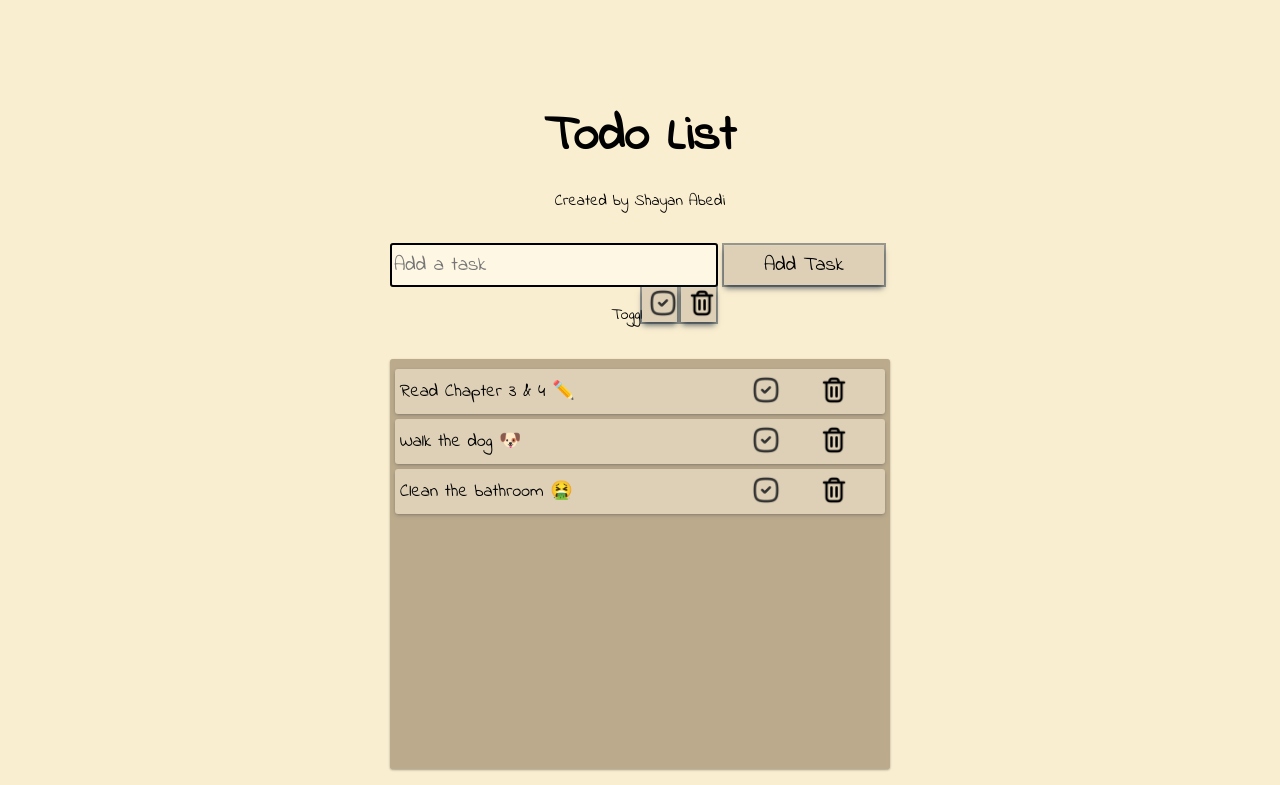
Repository: shayanabedi98/todo-list
Page: /
The author's editor kept a copy of each file at every save. The page is drawn from the files as they stood at one save, then again after the next save.
The browser window is 1280 px wide. The pictures show the whole page.
The project was rebuilt for these pictures with package versions that can differ from the ones it lists, and the page was loaded fresh each time. Also part of the build but not shown: vite.config.js.

Above is the page before, as saved 2023-12-30 17:16:01.

### index.html
<!doctype html>
<html lang="en">
  <head>
    <meta charset="UTF-8" />
    <link rel="icon" type="image/svg+xml" href="./src/assets/pencil-svgrepo-com.png" />
    <meta name="viewport" content="width=device-width, initial-scale=1.0" />
    <link rel="preconnect" href="https://fonts.googleapis.com">
    <link rel="preconnect" href="https://fonts.gstatic.com" crossorigin>
    <link href="https://fonts.googleapis.com/css2?family=Indie+Flower&display=swap" rel="stylesheet">
    <title>Todo List</title>
  </head>
  <body>
    <div id="root"></div>
    <script type="module" src="/src/main.jsx"></script>
  </body>
</html>

### src/App.jsx
import { useState } from "react";
import { v4 as uuid } from "uuid";
import TodoList from "./TodoList";
import CreateTask from "./CreateTask";
import AffectAll from "./AffectAll";

function App() {
  const [list, setList] = useState([
    { id: uuid(), text: "Read Chapter 3 & 4 ✏️", completed: false },
    { id: uuid(), text: "Walk the dog 🐶", completed: false },
    { id: uuid(), text: "Clean the bathroom 🤮", completed: false },
  ]);
  const [input, setInput] = useState("");

  const addTask = () => {
    if (input.trim() !== "") {
      setList([...list, { id: uuid(), text: input, completed: false }]);
      setInput("");
    }
  };

  const handleChange = (event) => {
    setInput(event.target.value);
  };

  const handleDelete = (taskID) => {
    const newList = list.filter((task) => {
      return task.id !== taskID;
    });
    setList(newList);
  };

  const handleComplete = (taskID) => {
    const newList = list.map((task) => {
      if (task.id === taskID) {
        return { ...task, completed: !task.completed };
      } else {
        return task;
      }
    });
    setList(newList);
  };

  const clearAll = () => {
    setList([]);
  };

  const completeAll = () => {
    const isItCompleted = list.some((task) => !task.completed);
    const newList = list.map((task) => ({ ...task, completed: isItCompleted }));
    setList(newList)
  };

  return (
    <>
      <h1>Todo List</h1>
      <p>Created by Shayan Abedi</p>
      <CreateTask handleChange={handleChange} input={input} addTask={addTask} />
      <AffectAll clearAll={clearAll} completeAll={completeAll} />
      <TodoList
        list={list}
        handleDelete={handleDelete}
        handleComplete={handleComplete}
      />
    </>
  );
}

export default App;

### src/index.css
body {
  background-color: #FAEED1;
  font-family: 'Indie Flower', cursive;
}

h1 {
  font-size: 50px;
  margin-top: 100px;
  margin-bottom: 0;
  text-align: center;
}

.create-task {
  display: grid;
  place-items: center;
  align-content: center;
  grid-template-columns: 1fr 1fr;
  margin: 30px auto 0 auto;
}

.create-task input {
  background-color: #FDF7E4;
  border: 2px solid black;
  border-radius: 3px;
  font-size: 20px;
  height: 38px;
  width: 320px;
  font-family: 'Indie Flower', cursive;
}

.create-task button {
  background-color: #DED0B6;
  border: none;
  font-family: 'Indie Flower', cursive;
  height: 40px;
  width: 160px;
  font-size: 20px;
  box-shadow: rgba(6, 24, 44, 0.4) 0px 0px 0px 2px, rgba(6, 24, 44, 0.65) 0px 4px 6px -1px, rgba(255, 255, 255, 0.08) 0px 1px 0px inset;
  cursor: pointer;
}

.affect-all {
  display: grid;
  grid-template-columns: 1fr 1fr;
}

.affect-all #one {
  width: 20px;
}

.affect-all button {
  background-color: #DED0B6;
  border: none;
  font-family: 'Indie Flower', cursive;
  height: 35px;
  width: 35px;
  margin: auto 2px;
  box-shadow: rgba(6, 24, 44, 0.4) 0px 0px 0px 2px, rgba(6, 24, 44, 0.65) 0px 4px 6px -1px, rgba(255, 255, 255, 0.08) 0px 1px 0px inset;
  cursor: pointer;
}

.list ul {
 padding: 5px;
 box-shadow: rgba(0, 0, 0, 0.12) 0px 1px 3px, rgba(0, 0, 0, 0.24) 0px 1px 2px;
  border-radius: 3px;
  background-color: #BBAB8C;
  min-height: 400px;
}

.list li {
  list-style: none;
  display: grid;
  grid-template-columns: 1fr 0.2fr 0.2fr;
  background-color: #DED0B6;
  margin-top: 5px;
  margin-bottom: 5px;
  padding: 5px;
  box-shadow: rgba(50, 50, 93, 0.25) 0px 2px 5px -1px, rgba(0, 0, 0, 0.3) 0px 1px 3px -1px;
  border-radius: 3px;
  font-size: 18px;
  align-items: center;
}

p, h1, .create-task, .list, .affect-all {
  width: 500px;
  margin-left: auto;
  margin-right: auto;
}

.list button {
  background-color: #DED0B6;
  height: 35px;
  width: 35px;
  margin: auto 2px;
  cursor: pointer;
  border: none;
  border-radius: 3px;
}

.list img, .affect-all img {
  height: 30px;
}

p {
  text-align: center;
}

### src/TodoList.jsx
import React from "react";
import trash from "./assets/trash.png";
import check from "./assets/check.png";

const TodoList = ({ handleComplete, handleDelete, list }) => {
  const completedStyle = (condition) => {
    return condition
      ? {
          color: "grey",
          textDecoration: "line-through",
        }
      : {};
  };

  return (
    <div className="list">
      <ul>
        {list.map((task) => {
          return (
            <li key={task.id}>
              <span style={completedStyle(task.completed)}>{task.text}</span>
              <button id="complete" onClick={() => handleComplete(task.id)}>
                <img src={check} alt="checkmark button"/>
              </button>
              <button id="delete" onClick={() => handleDelete(task.id)}>
                <img src={trash} alt="delete button"/>
              </button>
            </li>
          );
        })}
      </ul>
    </div>
  );
};

export default TodoList;

### src/CreateTask.jsx
import React from "react";

const CreateTask = ({input, addTask, handleChange}) => {
  return (
    <div className="create-task">
      <input
        onKeyDown={(e) => e.key === 'Enter' && addTask()}
        placeholder="Add a task"
        type="text"
        onChange={handleChange}
        value={input}
      />
      <button onClick={addTask}>Add Task</button>
    </div>
  );
};

export default CreateTask;

### src/AffectAll.jsx
import React from "react";
import trash from "./assets/trash.png";
import check from "./assets/check.png";

const AffectAll = ({ clearAll, completeAll }) => {
  return (
    <div className="affect-all">
      <div id="one">
        <p>Toggle all</p>
      </div>
      <div id="two">
        <button onClick={completeAll}>
          <img src={check} alt="" />
        </button>
        <button onClick={clearAll}>
          <img src={trash} alt="" />
        </button>
      </div>
    </div>
  );
};

export default AffectAll;

Loaded but not shown: src/main.jsx (common file)

After the next save:
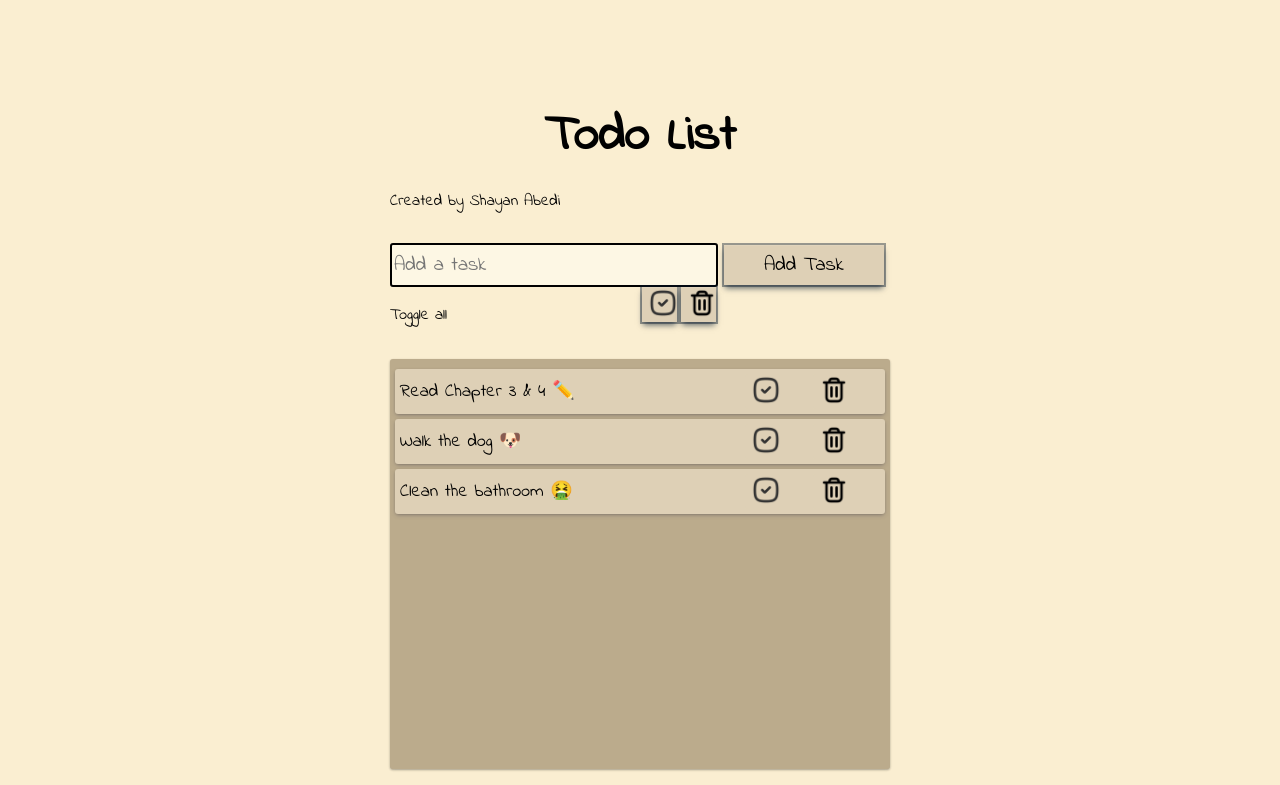
Saved 27 s later.
--- a/src/index.css
+++ b/src/index.css
@@ -101,6 +101,6 @@ p, h1, .create-task, .list, .affect-all {
   height: 30px;
 }
 
-p {
+.list p {
   text-align: center;
 }
